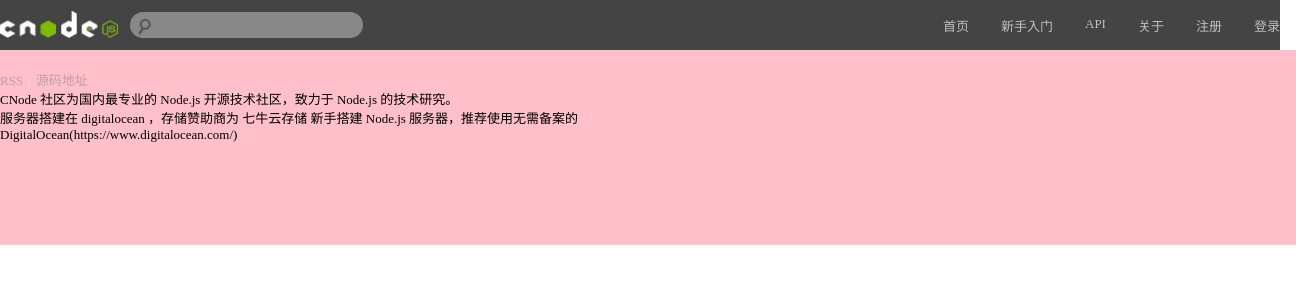
Repository: he-mengyao/pc-cnode-js
Page: /
The author's editor kept a copy of each file at every save. The page is drawn from the files as they stood at one save, then again after the next save.
The browser window is 1280 px wide. The page is 1296 px wide, so the pictures cover 1296 px, including what lies to the right of the window. The pictures show the whole page.
The project was rebuilt for these pictures with package versions that can differ from the ones it lists, and the page was loaded fresh each time.

Above is the page before, as saved 2021-06-20 09:35:50.

After the next save:
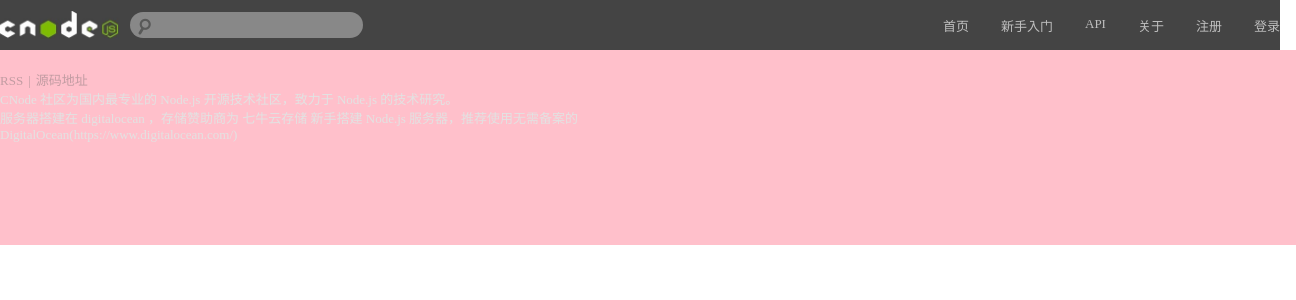
Saved 10 s later.
--- a/src/components/Footerc/footerc.vue
+++ b/src/components/Footerc/footerc.vue
@@ -33,10 +33,10 @@
   height: 195px;
   background-color: pink;
   padding: 20px 0;
+  color: #e2e2e2;
   .links {
     color: #6666;
     span {
-      color: #e2e2e2;
       margin: 0 5px;
     }
   }
